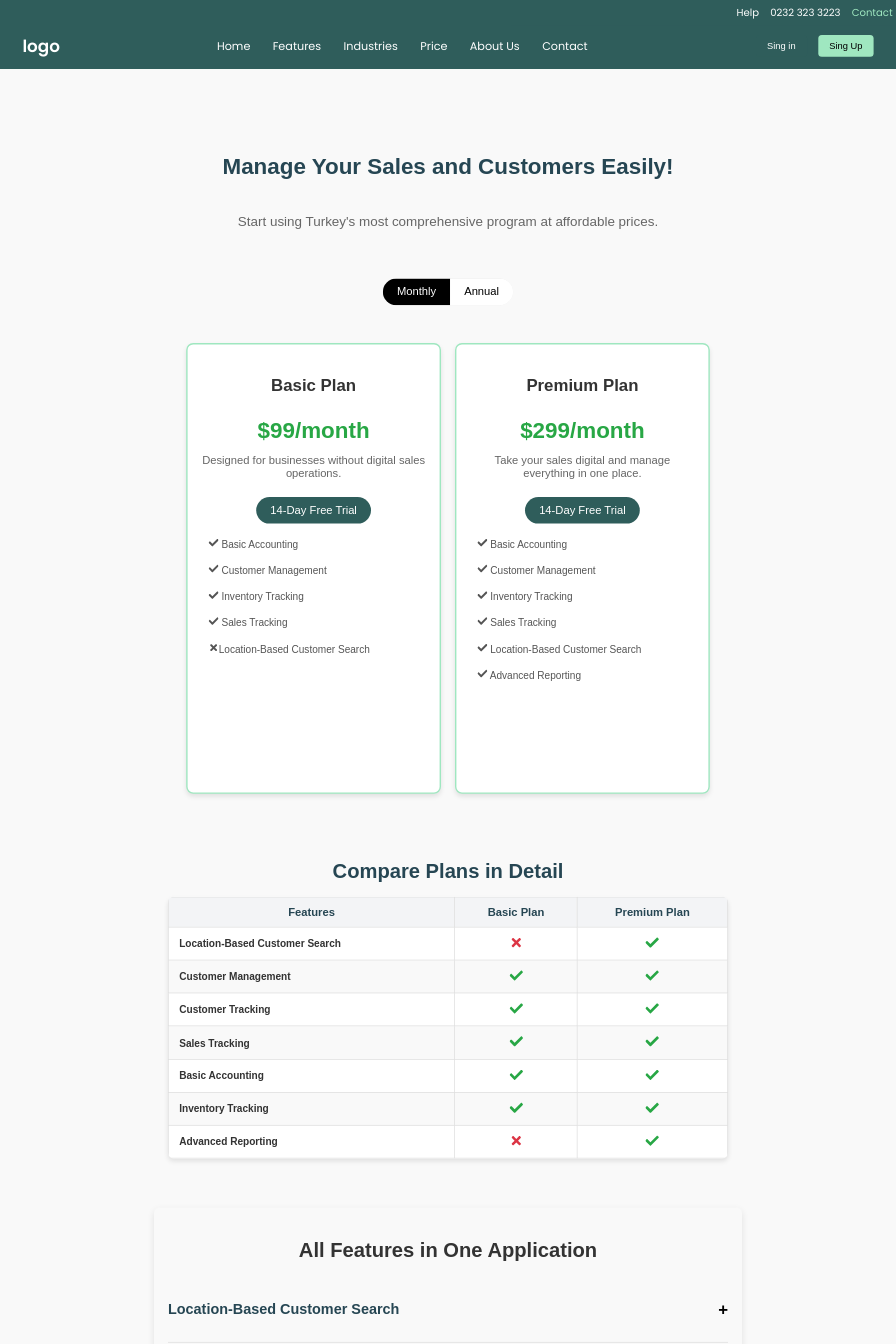
Repository: senolinanyasar/myrouteapplication
Page: /pricing
The author's editor kept a copy of each file at every save. The page is drawn from the files as they stood at one save, then again after the next save.
The browser window is 1280 px wide. The pictures show the part of the page from y = 0 to 1920 px (the page is 2968 px tall), at 70% of full size.
The project was rebuilt for these pictures with package versions that can differ from the ones it lists, and the page was loaded fresh each time. Also part of the build but not shown: vite.config.js, src/components/HeroSection.css, src/components/HeroSection.js, src/components/FeaturesSection.css, src/components/FeaturesSection.js, src/components/PricingSection.css, src/components/PricingSection.js, src/components/SupportSection.css and 4 more.

Above is the page before, as saved 2024-11-16 23:20:07.

After the next save:
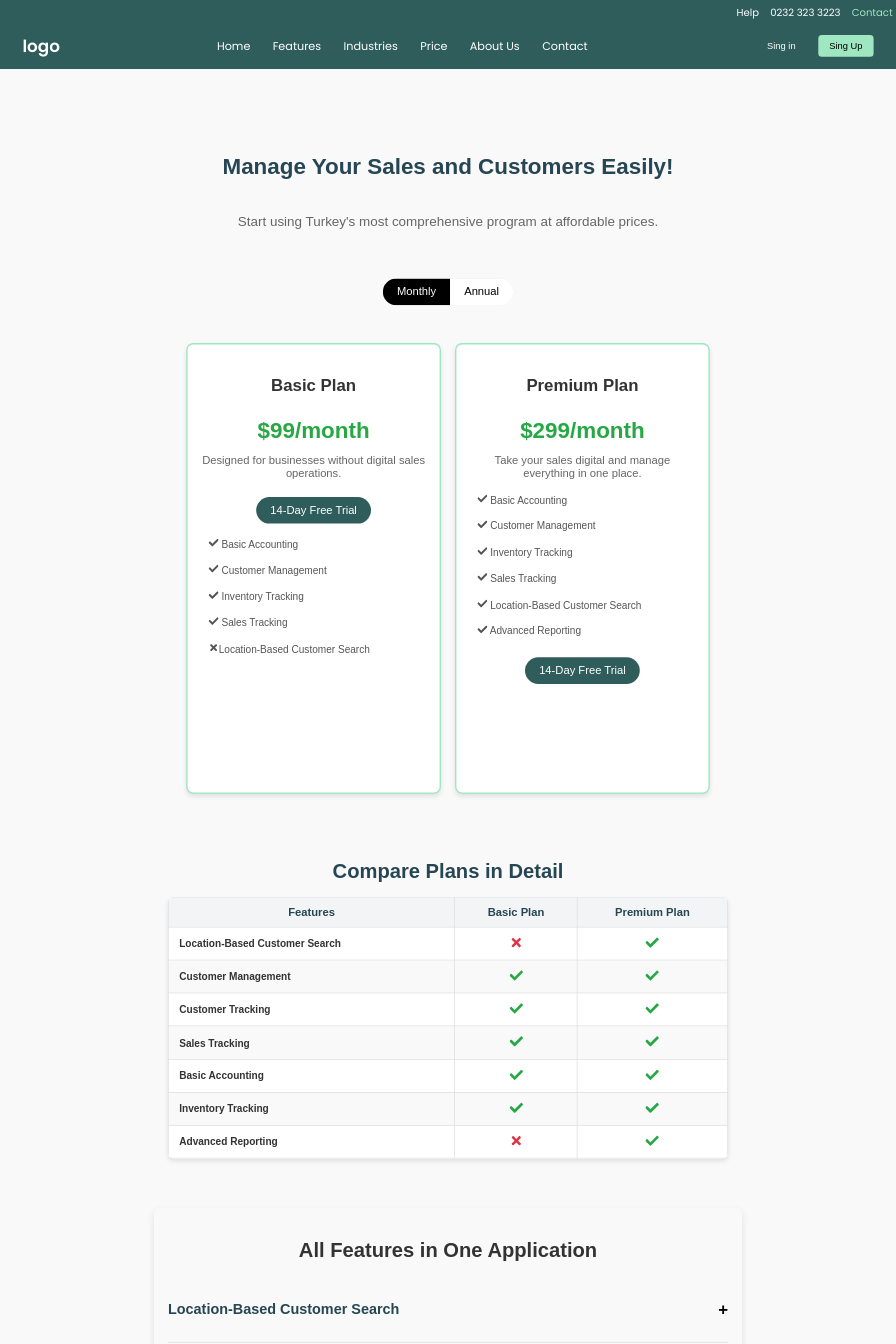
Saved 6 min 56 s later.
--- a/src/components/PricingPage.js
+++ b/src/components/PricingPage.js
@@ -97,7 +97,7 @@
                     <p className="subtext">
                         Take your sales digital and manage everything in one place.
                     </p>
-                    <button className="try-button">14-Day Free Trial</button>
+
 
                     <ul>
                         <li><FaCheck /> Basic Accounting</li>
@@ -107,6 +107,7 @@
                         <li><FaCheck /> Location-Based Customer Search</li>
                         <li><FaCheck /> Advanced Reporting</li>
                     </ul>
+                    <button className="try-button">14-Day Free Trial</button>
                 </div>
             </div>
 

After the save that followed:
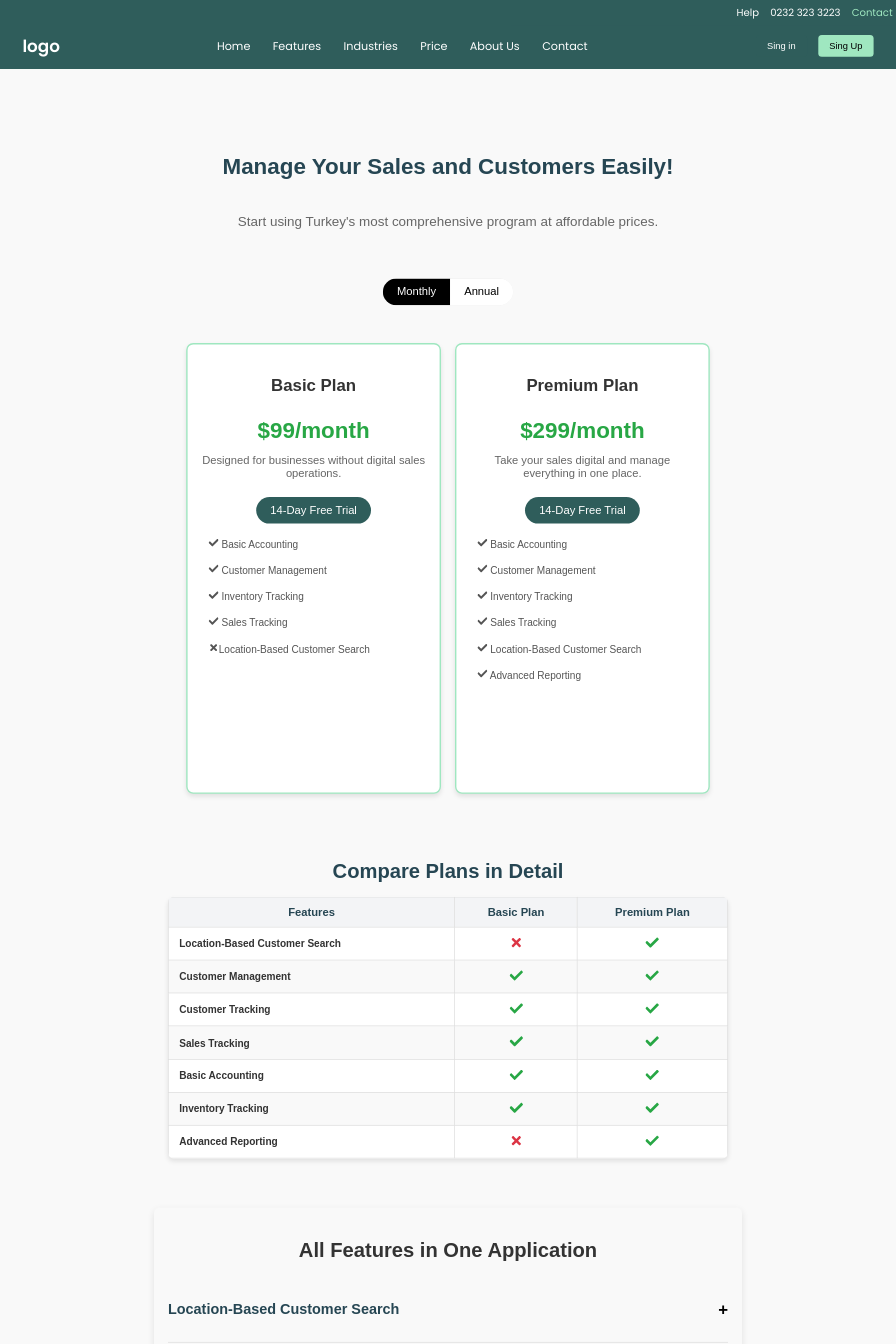
Saved 109 s later.
--- a/src/components/PricingPage.js
+++ b/src/components/PricingPage.js
@@ -97,7 +97,7 @@
                     <p className="subtext">
                         Take your sales digital and manage everything in one place.
                     </p>
-
+                    <button className="try-button">14-Day Free Trial</button>
 
                     <ul>
                         <li><FaCheck /> Basic Accounting</li>
@@ -107,7 +107,6 @@
                         <li><FaCheck /> Location-Based Customer Search</li>
                         <li><FaCheck /> Advanced Reporting</li>
                     </ul>
-                    <button className="try-button">14-Day Free Trial</button>
                 </div>
             </div>
 
